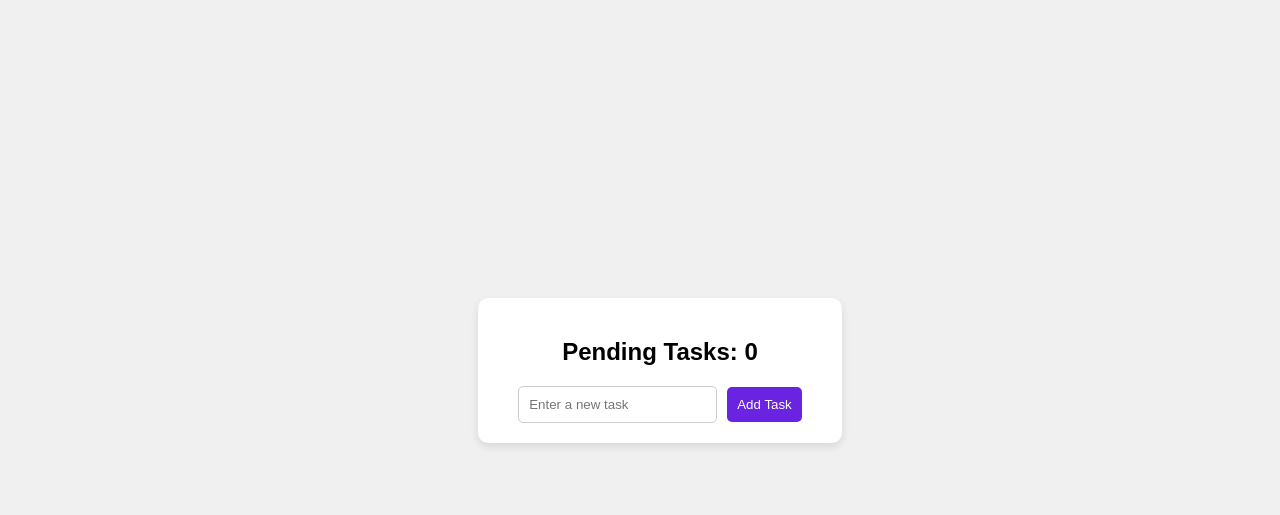
Repository: jgache/COMP-3170-0-Lab4
Page: /
These files come from the project's save history. The page is drawn as it stood at one moment and after a run of saves; the edit follows.
The browser window is 1280 px wide. The pictures show the whole page.
The project was rebuilt for these pictures with package versions that can differ from the ones it lists, and the page was loaded fresh each time. Also part of the build but not shown: vite.config.js, src/components/Task.jsx.

Above is the page before, as saved 2024-10-22 15:42:16.

After the next 2 saves:
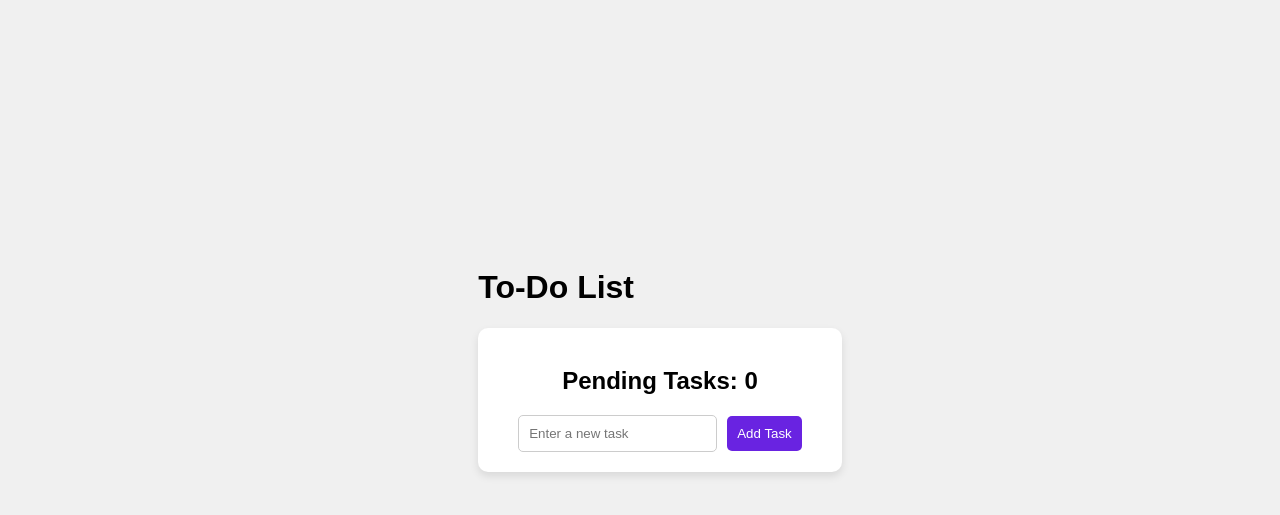
The 2 saves are shown as one change because they came seconds apart.
The last was saved 7 s later.
--- a/src/App.jsx
+++ b/src/App.jsx
@@ -28,7 +28,7 @@ function App() {
     return (
 
         <>
-        <h1></h1>
+        <h1>To-Do List</h1>
         <div className="app-container">
             <h2>
                 {pendingTasks === 1
